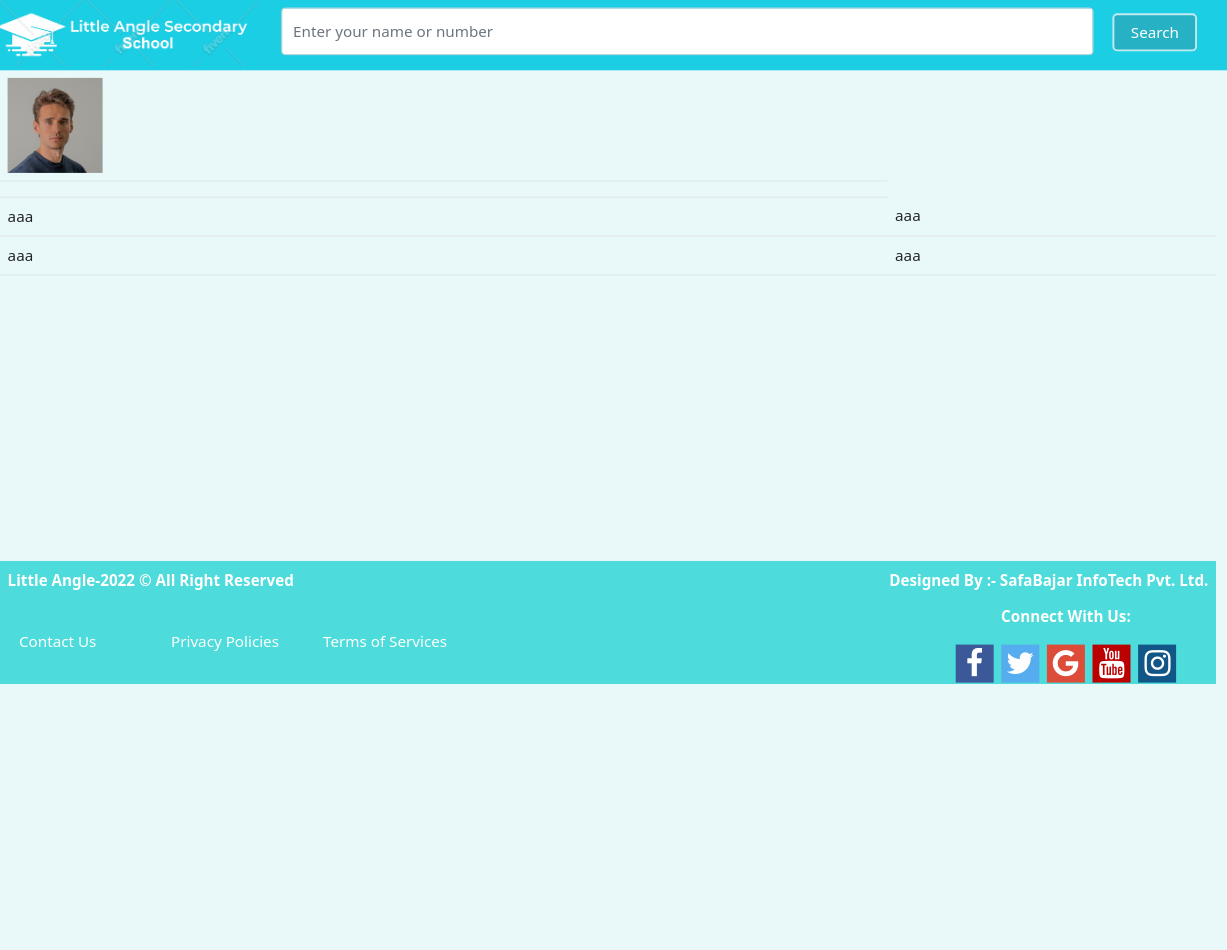
Repository: Sjuicyy/School-Project
Page: profilesview.html
These files come from the project's save history. The page is drawn as it stood at one moment and after the next save; the edit follows.
The browser window is 1280 px wide. The page is 1292 px wide, so the pictures cover 1292 px, including what lies to the right of the window. The pictures show the whole page, at 95% of full size.

Above is the page before, as saved 2022-09-22 11:45:53.

### profilesview.html
<!doctype html>
<html lang="en">

<head>
    <!-- Required meta tags -->
    <meta charset="utf-8">
    <meta name="viewport" content="width=device-width, initial-scale=1">

    <!-- Bootstrap CSS -->
    <link href="https://cdn.jsdelivr.net/npm/bootstrap@5.0.2/dist/css/bootstrap.min.css" rel="stylesheet"
        integrity="sha384-EVSTQN3/azprG1Anm3QDgpJLIm9Nao0Yz1ztcQTwFspd3yD65VohhpuuCOmLASjC" crossorigin="anonymous">

    <link rel="stylesheet" href="https://cdnjs.cloudflare.com/ajax/libs/font-awesome/4.7.0/css/font-awesome.min.css">


    <style>
        body {
            height: 1000px;
        }

        .navcol {
            background-color: rgb(28, 206, 228);
        }

        .row0 div {
            width: auto;
            display: flex;
        }

        .img {
            height: 70px;
            width: 100%;
        }

        .form-control {
            height: 50px;
        }


        .btn1 {
            background-color: rgb(38, 178, 196);
            color: white;
            height: 40px;
            width: 100px;
            margin: 20px;
            margin-top: 14px;
            border: 2px solid rgba(255, 255, 255, 0.715);
            border-radius: 5px;
        }

        .btn1:hover {
            background-color: rgba(0, 225, 255, 0);
            border: 2px solid white;
            outline: none;
        }

        .btn1:active {
            color: rgba(255, 255, 255, 0.667);
            border: 2px solid rgba(255, 255, 255, 0.533);
        }

        .footer {
            background-color: rgb(77, 219, 219);
            position: fixed;
            width: 100%;
            overflow: AUTO;
            color: rgb(255, 255, 255);
            bottom: 0;
        }

        .footer::-webkit-scrollbar {
            display: none;
        }


        .fb {

            width: 160px
        }

        .fa1 {
            font-size: xx-large;
            padding: 4px;
            margin: 2px;
            width: 40px;
            text-decoration: none;
        }

        .fa-facebook {
            background: #3B5998;
            color: white;
        }

        .fa-twitter {
            background: #55ACEE;
            color: white;
        }

        .fa-google {
            background: #dd4b39;
            color: white;
        }

        .fa-youtube {
            background: #bb0000;
            color: white;
        }

        .fa-instagram {
            background: #125688;
            color: white;
        }

        .red {
            border: 1px solid rgb(219, 77, 77);
        }

        .green {
            border: 1px solid rgb(2, 183, 255);
        }

        .yello {
            border: 1px solid rgb(193, 255, 6);
        }

        .btn2 {
            background-color: rgb(77, 219, 219);
            width: 400px;
        }

        .color {
            color: rgb(28, 206, 228);
        }

        .a {
            text-decoration: none;
            color: rgb(77, 219, 219);
        }

        .loginopt {
            background-color: rgb(255, 255, 255);
            color: rgb(28, 206, 228);
            border: 2px solid;
            width: 43px;
            border-radius: 100px;
            margin: 10px;
        }

        .loginopt:hover {
            color: #0c91f7;
        }

        .btn2:hover {
            background-color: #2a8bd0;
        }
    </style>
    <title>Little Angle School</title>
</head>

<body style="background-color:#99e6e335 ;>
    <!-- heading start -->
    <div class=" container-fluid text-center">
    <div class="row row0 navcol">
        <div class="col-3">
            <a href="pages.html">
                <img class="img" src="./school.png" alt="">
            </a>
        </div>
        <div class="col">
            <input class="form-control mt-2 " type="search" placeholder="Enter your name or number "
                aria-label="Search">
            <button class="btn1" type="submit">Search</button>
            </form>
        </div>
    </div>
    </div>
    <!-- heading end -->



    <!-- profile view body  -->




    <!-- <div class="container mt-4 w-75" style="border: 3px solid #0c91f7;">
        <div class="m-1">


        <div class="row">
            <div class="col-auto  ">
                <img src=" ./profile pic.jpg" width="100px" alt="">
            </div>
            <div class="col " style="">
                <div class="row mt-3 m-auto">
                    <div class="col-auto m-auto w-50 "><b>Name: </b>Shyam Joshi</div>
                    <div class="col-auto m-auto w-50 "><b> Email: </b>Sjuicyy@gmail.com</div>
                </div>
                <div class="row mt-3 m-auto">
                    <div class="col-auto m-auto w-50 "><B>DoB: </B>2055/04/31</div>
                    <div class="col-auto m-auto w-50 "><b>Mobile</b>: +977-9867867202</div>
                </div>
            </div>
            <div class="col-auto " style="overflow:hidden; width:100px">
                <div class="col mt-3 ">
                    <div class="btn btn-primary btn-sm  w-100">view</div>
                </div>
                <div class="col  mt-2">
                    <div class="btn btn-primary btn-sm  w-100">Edit</div>
                </div>
            </div>
        </div>

    </div>
    </div> -->



    <!-- // profile view body  -->





    <!-- another responsive table start -->










    <div class="table-responsive text-nowrap">
        <table class="table table-hover">
            <tbody class="table-border-bottom-0">
                <tr class="text-nowrap">
                    <td>
                        <img src="./profile pic.jpg" width="100px" alt="">
                        <tr></tr>
                    </td>
                </tr>
                    <td>
                        <tr>
                            <td>aaa</td>
                            <td>aaa</td>

                        </tr>
                        <tr>
                            <td>aaa</td>
                            <td>aaa</td>
                        </tr>
                    </td>



                </tr>
            </tbody>
        </table>
    </div>
    <!-- another responsive table end -->








    <!-- footer start -->


    <div class="footer">
        <div class="row ">
            <div class="col mx-2 mt-2" style="text-align:left"> <b>Little Angle-2022 © All Right Reserved</b> </div>
            <div class="col mx-2 mt-2" style="text-align:right">
                <p> <b>Designed By :- SafaBajar InfoTech Pvt. Ltd.</b> </p>
            </div>
        </div>
        <div class="row mx-2">
            <div class="col-2  fb" style="text-align:left;margin-top:25px">Contact Us</div>
            <div class="col-2  fb" style="text-align:left;margin-top:25px">Privacy Policies</div>
            <div class="col-2  fb" style="text-align:left;margin-top:25px">Terms of Services</div>
            <div class="col  fb" style="text-align:left"></div>
            <div class="col-6 fb mt-2" style="text-align:center;width:300px">
                <p style="margin-top: -10px;"> <b>Connect With Us:</b> </p>
                <a href="https://www.facebook.com/search/top?q=safabazar%20private%20limited" class="fa fa1 fa-facebook"
                    style="text-align:center;margin-top:-10px"></a>
                <a href="#" class="fa fa1 fa-twitter"></a>
                <a href="#" class="fa fa1 fa-google"></a>
                <a href="#" class="fa fa1 fa-youtube"></a>
                <a href="#" class="fa fa1 fa-instagram"></a>
            </div>
        </div>

    </div>

    </div>

    </div>












    <!-- Optional JavaScript; choose one of the two! -->

    <!-- Option 1: Bootstrap Bundle with Popper -->
    <script src="https://cdn.jsdelivr.net/npm/bootstrap@5.0.2/dist/js/bootstrap.bundle.min.js"
        integrity="sha384-MrcW6ZMFYlzcLA8Nl+NtUVF0sA7MsXsP1UyJoMp4YLEuNSfAP+JcXn/tWtIaxVXM"
        crossorigin="anonymous"></script>

    <!-- Option 2: Separate Popper and Bootstrap JS -->
    <!--
    <script src="https://cdn.jsdelivr.net/npm/@popperjs/core@2.9.2/dist/umd/popper.min.js" integrity="sha384-IQsoLXl5PILFhosVNubq5LC7Qb9DXgDA9i+tQ8Zj3iwWAwPtgFTxbJ8NT4GN1R8p" crossorigin="anonymous"></script>
    <script src="https://cdn.jsdelivr.net/npm/bootstrap@5.0.2/dist/js/bootstrap.min.js" integrity="sha384-cVKIPhGWiC2Al4u+LWgxfKTRIcfu0JTxR+EQDz/bgldoEyl4H0zUF0QKbrJ0EcQF" crossorigin="anonymous"></script>
    -->
</body>

</html>

After the next save:
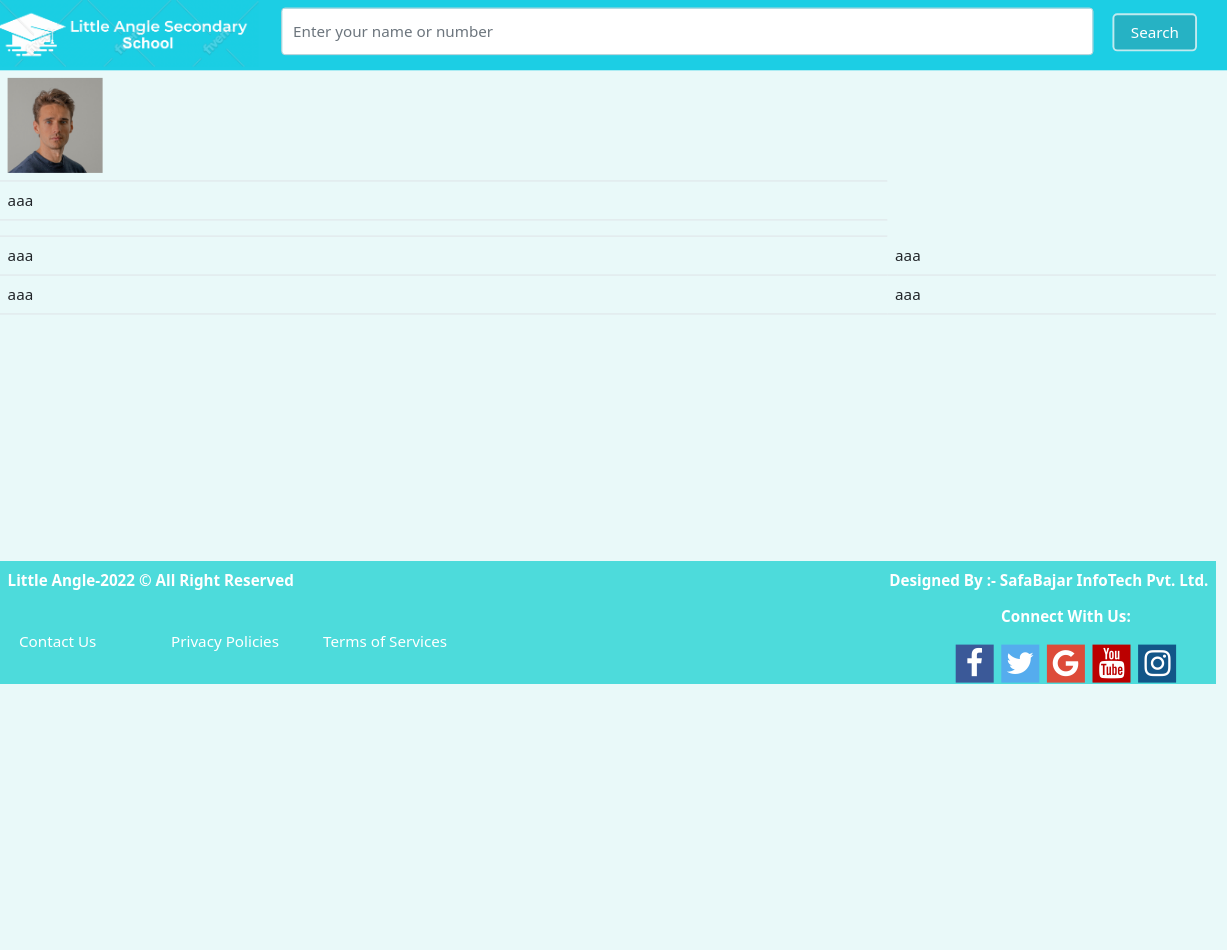
Saved 6 s later.
--- a/profilesview.html
+++ b/profilesview.html
@@ -239,7 +239,9 @@
                 <tr class="text-nowrap">
                     <td>
                         <img src="./profile pic.jpg" width="100px" alt="">
-                        <tr></tr>
+                        <tr>
+                            <td>aaa</td>
+                        </tr>
                     </td>
                 </tr>
                     <td>
